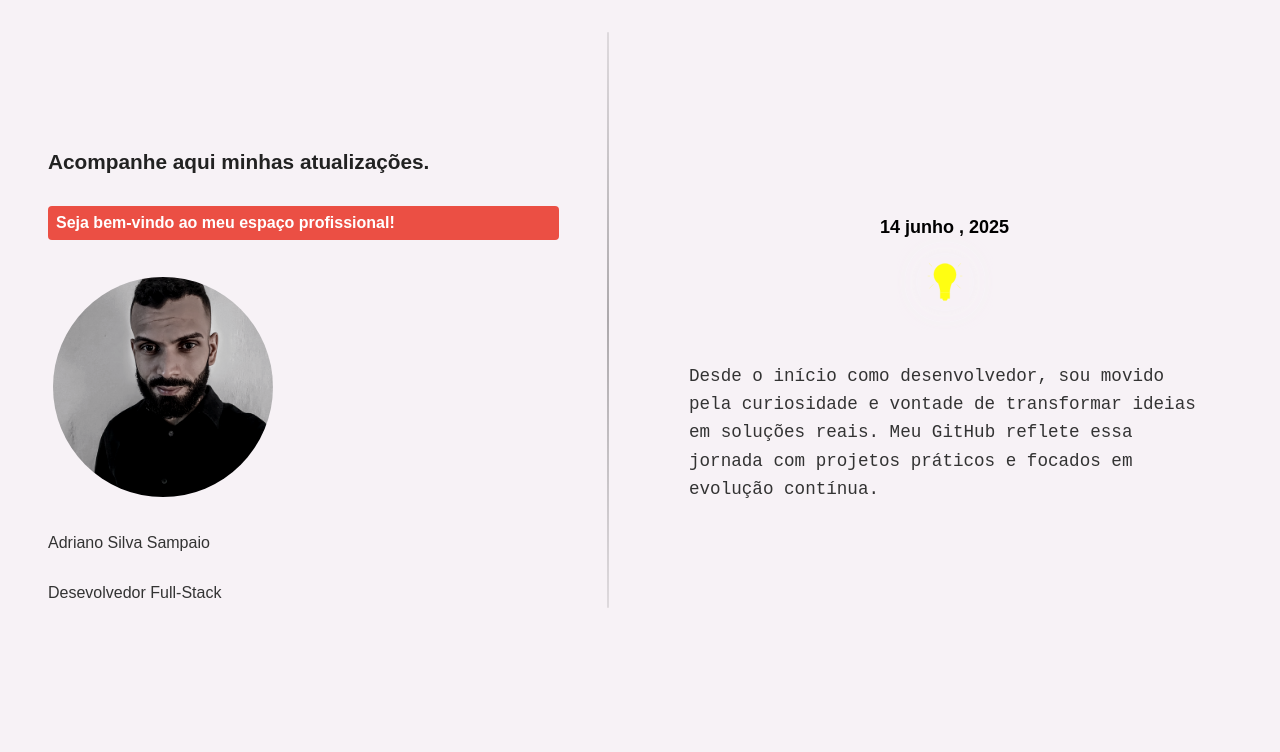
Repository: umdevadriano/portifolio2025
Page: /
An editor plug-in stored every save of this project. The page is shown before and after the next save, followed by the edit.
The browser window is 1280 px wide. The pictures show the whole page.
The project was rebuilt for these pictures with package versions that can differ from the ones it lists, and the page was loaded fresh each time. Also part of the build but not shown: vite.config.ts.

Above is the page before, as saved 2025-06-29 21:20:31.

### index.html
<!doctype html>
<html lang="en">
  <head>
    <meta charset="UTF-8" />
    <!-- <link rel="icon" type="image/svg+xml" href="/vite.svg" /> -->
    <meta name="viewport" content="width=device-width, initial-scale=1.0" />
    <title>Adriano Silva Sampaio </title>
  </head>
  <body>
    <div id="root"></div>
    <script type="module" src="/src/main.tsx"></script>
  </body>
</html>

### src/App.tsx
import './App.css'
import ContainerPrincipal from './componentes/containerPrincipal/ContainerPrincipal'
function App() {
  return (
    <>
      <ContainerPrincipal/>
    </>
  )
}

export default App

### src/componentes/containerPrincipal/ContainerPrincipal.tsx
import styled, { createGlobalStyle } from 'styled-components';
import Body from '../Body/Body';
import Footer from '../Footer/Footer';
import RedesSociais from '../redesSociais/redesSociais';
import github from '../redesSociais/github.png';
import linkedin from '../redesSociais/linkedin.png';
// import ProfessionalStory from '../ProfessionalStory/ProfessionalStory';

const data = new Date();
const ano = data.getFullYear();
function ContainerPrincipal() {

  const redes = [
    { src: github, link: 'https://github.com/adrianodisam' },
    { src: github, link: 'https://github.com/umdevadriano' },
    { src: linkedin, link: 'https://www.linkedin.com/in/adriano-silva-sampaio/' }
  ];
  const GlobalStyle = createGlobalStyle`
    *, *::before, *::after {
    box-sizing: border-box;
    background-color: #f7f2f6;
    margin: 1rem;
  }

    html, body {
      margin: 0;
      padding: 0;
      overflow-x: hidden;
      width: 100%;
    }
  `;

  const Principal = styled.div`
    display: flex;
    justify-content: center;
    width: 100%;
    height: 100vh;
    font-family: 'Arial', sans-serif;
    overflow: hidden;
    margin: 0;
    padding: 0;

    @media (max-width: 768px) {
      display: flex;
      flex-direction: column;
      justify-items: center;
      justify-content: center;
      align-items: center;
    }


  `;
  return (
    <>
      <GlobalStyle />
      <Principal>
        <Body/>
      </Principal>
      {/* <RedesSociais redes={redes}/> */}
      {/* <ProfessionalStory/> */}
      {/* <Footer>Desenvolvimento de Software<br />© {ano} Adriano Silva Sampaio</Footer> */}
    </>
  )
}
export default ContainerPrincipal

### src/componentes/Body/Body.tsx
import Principal from '../Principal/Principal';
import Title from '../Title/Title';
import Banner from '../Banner/Banner';
import ProfileWrapper from '../ProfileWrapper/ProfileWrapper';
import Profile from '../Profile/Profile';
import Role from '../Role/Role';
import Divider from '../Divider/Divider';
import RightSide from '../RightSide/RightSide';
import DateComponente from '../DateComponente/DateComponente';
import EmDesenvolvimento from '../EmDesenvolvimentoWrapper/EmDesenvolvimentoWrapper ';
import LampadaAnimada from '../LampadaAnimada/LampadaAnimada';
const data = new Date();
const dia = String(data.getDate()).padStart(2, '0');
const mes = data.toLocaleString('pt-BR', { month: 'long' });
const ano = data.getFullYear();

function Cabecalho() {
  return (
    <>
      <Principal>
        <Title>Acompanhe aqui minhas atualizações.</Title>
        <Banner>Seja bem-vindo ao meu espaço profissional!</Banner>
        <ProfileWrapper>
          <Profile/>
        </ProfileWrapper>
        <Role> Adriano Silva Sampaio</Role>
        <Role> Desevolvedor  Full-Stack </Role>
      </Principal>
      <Divider />
      <RightSide>
        <DateComponente>{dia}  {mes} , {ano} </DateComponente>
        <LampadaAnimada/>
        <EmDesenvolvimento/>
      </RightSide>
    </>
  )
}
export default Cabecalho

### src/componentes/Principal/Principal.tsx
import styled from 'styled-components';

type Props = {
  children: React.ReactNode;
};

function Principal({ children }: Props){

    const Principal_div = styled.div`
        flex: 1;
        display: flex;
        flex-direction: column;
        justify-content: center;
    `;
    return (
        <>
        <Principal_div>  {children}</Principal_div>
        </>
    )
}

export default Principal

### src/componentes/Title/Title.tsx
import styled from 'styled-components';

type Props = {
  children: React.ReactNode;
};

function Title({ children }: Props){

    const TitleH2 = styled.h2`
        font-size: 1.3rem;
        margin-bottom: 1rem;
        color: #222;

        @media (max-width: 768px) {
          margin-top: 5rem;
        }
  `;
    return (
        <>
        <TitleH2>{children}</TitleH2>
        </>
    )
}

export default Title

### src/componentes/Banner/Banner.tsx
import styled from 'styled-components';

type Props = {
  children: React.ReactNode;
};

function Banner({ children }: Props){

    const BannerDiv = styled.div`
        background-color: #eb4f44;
        color: white;
        padding: 0.5rem;
        font-weight: bold;
        font-size: 16px;
        display: inline-block;
        border-radius: 4px;
    `;
    return (
        <>
        <BannerDiv>{children}</BannerDiv>
        </>
    )
}

export default Banner

### src/componentes/ProfileWrapper/ProfileWrapper.tsx
import styled from 'styled-components';

type Props = {
  children: React.ReactNode;
};

function ProfileWrapper({ children }: Props){

  // Wrapper da imagem com efeito de borda girando
  const ProfileWrapperDiv = styled.div`
    position: relative;
    width: 230px;
    height: 230px;
    display: flex;
    align-items: center;
    margin-top:1rem;
    justify-content: center;
  `;

    return (
        <>
        <ProfileWrapperDiv>{children}</ProfileWrapperDiv>
        </>
    )
}

export default ProfileWrapper

### src/componentes/Profile/Profile.tsx
import styled from 'styled-components';
import foto from '../assets/foto2.png'

function Profile(){

    const ProfileImg = styled.img`
        width: 220px;
        height: 220px;
        border-radius: 50%;
        object-fit: cover;
        background-color: white;
        z-index: 1;
        filter: grayscale(60%) contrast(110%);
        @media (max-width: 768px) {
            width: 200px;
            height: 200px;
        }
        @media (max-width: 480px) {
            width: 200px;
            height: 200px;
        }
    `;
    return (
        <>
        <ProfileImg src={foto} alt="Foto de perfil"></ProfileImg>
        </>
    )
}

export default Profile

### src/componentes/Role/Role.tsx
import styled from 'styled-components';

type Props = {
  children: React.ReactNode;
};

function Role({ children }: Props){
    const RoleP = styled.p`
        font-size: 16px;
        font-weight: 500;
        color: #333;
    `;
    return (
        <>
        <RoleP>{children}</RoleP>
        </>
    )
}
export default Role

### src/componentes/Divider/Divider.tsx
import styled from 'styled-components';

function Divider(){

    const DividerDiv = styled.div`
        width: 2px;
        height: 80%;
        background: linear-gradient(
            to bottom,
            rgba(0, 0, 0, 0.1),
            rgba(0, 0, 0, 0.3),
            rgba(0, 0, 0, 0.1)
        );
        border-radius: 1px;
        position: relative;
        overflow: hidden;
        &::after {
            content: "";
            position: absolute;
            top: 0;
            left: 0;
            width: 100%;
            height: 100%;
            background: linear-gradient(
                to bottom,
                transparent 40%,
                rgba(255, 255, 255, 0.7) 50%,
                transparent 60%
            );
                animation: shine 3.8s linear infinite;
                pointer-events: none;
         }

        @keyframes shine {
            0% {
            transform: translateY(-100%);
            }
            100% {
            transform: translateY(100%);
            }
        }
    `;
    return (
        <>
        <DividerDiv></DividerDiv>
        </>
    )
}

export default Divider

### src/componentes/RightSide/RightSide.tsx
import styled from 'styled-components';
type Props = {
  children: React.ReactNode;
};

function RightSide({ children }: Props){
    const RightSideDiv = styled.div`
        flex: 1;
        padding: 2rem;
        display: flex;
        flex-direction: column;
        justify-content: center;
        align-items: center;
    `;

    return (
        <>
        <RightSideDiv>{children}</RightSideDiv>
        </>
    )
}

export default RightSide

### src/componentes/DateComponente/DateComponente.tsx
import styled from 'styled-components';
type Props = {
  children: React.ReactNode;
};
function Date({ children }: Props){
    const DateP = styled.p`
        font-size: 18px;
        font-weight: bold;
        margin-bottom: 12px;
        padding: 0.5rem;
    `;
    return (
        <>
        <DateP>{children}</DateP>
        </>
    )
}
export default Date

### src/componentes/EmDesenvolvimentoWrapper/EmDesenvolvimentoWrapper .tsx
import { useEffect, useState } from 'react';
import styled, { keyframes } from 'styled-components';

const slideIn = keyframes`
  from {
    opacity: 0;
    transform: translateX(100%);
  }
  to {
    opacity: 1;
    transform: translateX(0);
  }
`;

const Container = styled.div`
  width: 100%;
  max-width: 800px;
  margin: 40px auto;
  padding: 16px;
  box-sizing: border-box;

  font-family: 'Courier New', Courier, monospace;
  font-size: 1.1rem;
  color: #333;
  line-height: 1.6;

  white-space: normal;
  overflow-wrap: break-word;
  word-break: break-word;

  animation: ${slideIn} 0.8s ease-out forwards;

  @media (max-width: 600px) {
    font-size: 1rem;
    padding: 12px;
  }
`;

const texto = `Desde o início como desenvolvedor, sou movido pela curiosidade e vontade de transformar ideias em soluções reais.`;
const texto2 = ` Meu GitHub reflete essa jornada com projetos práticos e focados em evolução contínua.`;

export default function EmDesenvolvimento() {
  const [mostrar, setMostrar] = useState(false);

  useEffect(() => {
    const timer = setTimeout(() => {
      setMostrar(true);
    }, 100); // atraso sutil

    return () => clearTimeout(timer);
  }, []);

  return mostrar ? <Container>{texto} {texto2}</Container>  : null;
}

### src/componentes/LampadaAnimada/LampadaAnimada.tsx
import React from "react";
import styled, { keyframes } from "styled-components";

interface LuzProps {
  className?: string;
}

const glowAnimation = keyframes`
  0%, 100% {
    filter: url(#glow);
    opacity: 0.5;
  }
  50% {
    filter: url(#glow);
    opacity: 1;
  }
`;

const SvgLamp = styled.svg`
  width: 3rem;
  height: 3rem;
  cursor: pointer;
  display: block;
  margin: 0 auto;
  animation: ${glowAnimation} 4s ease-in-out infinite;
  background-color: #f7f2f6;

  .st0 {
   fill:#ffff00;
     stroke-width: 10;
  }
  .st1 {
     stroke: #ffff00;
    stroke-width: 10;
    fill: none;
    transition: stroke 0.3s ease;
  }
`;

const LampadaAnimada: React.FC<LuzProps> = ({ className }) => {
  return (
    <SvgLamp
      xmlns="http://www.w3.org/2000/svg"
      viewBox="0 0 1920 1920"
      className={className}
    >
      <defs>
        <filter id="glow" height="200%" width="200%" x="-50%" y="-50%">
          <feDropShadow
            dx="0"
            dy="0"
            stdDeviation="20"
            floodColor="#f7f2f6"
            floodOpacity="0.7"
          />
        </filter>
      </defs>

      <path
        className="st0"
        d="M1407.3 664.2c0 73.7-17.8 143.3-49.4 204.6-31.6 61.3-76.9 114.4-131.9 155.1 0 0-78 193.7-78 344.1H772.1c0-75.2-19.5-161.2-39-228.4-19.5-67.2-39-115.6-39-115.6-110-81.5-181.4-212.3-181.4-359.7C512.7 417.3 713 217 960 217s447.3 200.2 447.3 447.2z"
      />
      <path
        className="st0"
        d="M1057.3 1615.8v23.7c0 35-28.6 63.6-63.6 63.6h-67.5c-35 0-63.6-28.6-63.6-63.6v-23.7h194.7zm-285.2-82.6v82.6h375.4v-82.6H772.1zm0-82.6v82.6h375.3v-82.6H772.1zM960 1368H772.1v82.6h375.3V1368H960z"
      />
      <g>
        <g>
          <path
            className="st1"
            d="M1147.5 1368h.4c0-150.3 78-344.1 78-344.1 55-40.7 100.4-93.8 131.9-155.1 31.6-61.3 49.4-130.9 49.4-204.6 0-247-200.3-447.3-447.3-447.3S512.7 417.2 512.7 664.2c0 147.4 71.3 278.2 181.4 359.7 0 0 19.5 48.4 39 115.6 19.5 67.2 39 153.2 39 228.4h375.4z"
          />
          <path className="st1" d="M772.1 1368v247.8h375.4V1368" />
          <path className="st1" d="M772.1 1450.6h375.4" />
          <path className="st1" d="M772.1 1533.2h375.4" />
          <path
            className="st1"
            d="M862.7 1615.8v23.7c0 35 28.6 63.6 63.6 63.6h67.5c35 0 63.6-28.6 63.6-63.6v-23.7"
          />
          <path className="st1" d="M267.3 722.8h96" />
          <path className="st1" d="M498.3 1052.8l-160.5 160.5" />
          <path className="st1" d="M448.8 341.8L315.3 208.2" />
          <path className="st1" d="M1652.7 722.8h-96" />
          <path className="st1" d="M1421.7 1052.8l160.5 160.5" />
          <path className="st1" d="M1471.2 341.8l133.5-133.6" />
        </g>
      </g>
    </SvgLamp>
  );
};

export default LampadaAnimada;

### src/componentes/Footer/Footer.tsx
import styled from 'styled-components';

type Props = {
  children: React.ReactNode;
};

function Footer({ children }: Props){

    const FooterP = styled.p`
        font-size: 1rem;
        color: #999;
        /* margin-top: auto; */
    `;
    const FooterDiv = styled.div`
       display: flex;
       justify-content: left;
       align-items: center;
    `;
    return (
        <>
            <FooterDiv>
                <FooterP>{children}</FooterP>
            </FooterDiv>
        </>
    )
}

export default Footer

### src/componentes/redesSociais/redesSociais.tsx
import styled from 'styled-components';

type RedeSocial = {
  src: string;
  link: string;
};

type Props = {
  redes: RedeSocial[];
};

const RedesSociaisDiv = styled.div`
  flex: 1;
  display: flex;
  justify-content: center;
  align-items: center;

  img {
    width: 2rem;
    height: 2rem;
    object-fit: contain;
    transition: transform 0.2s;
  }

  a:hover img {
    transform: scale(1.1);
  }
`;

function RedesSociais({ redes }: Props) {
  return (
    <RedesSociaisDiv>
      {redes.map((rede, index) => (
        <a
          key={index}
          href={rede.link}
          target="_blank"
          rel="noopener noreferrer"
        >
          <img src={rede.src} alt={`Ícone ${index + 1}`} />
        </a>
      ))}
    </RedesSociaisDiv>
  );
}

export default RedesSociais;

Loaded but not shown: src/main.tsx (common file); src/App.css (no stored copy; drawn as an empty file); src/index.css (no stored copy; drawn as an empty file)

After the next save:
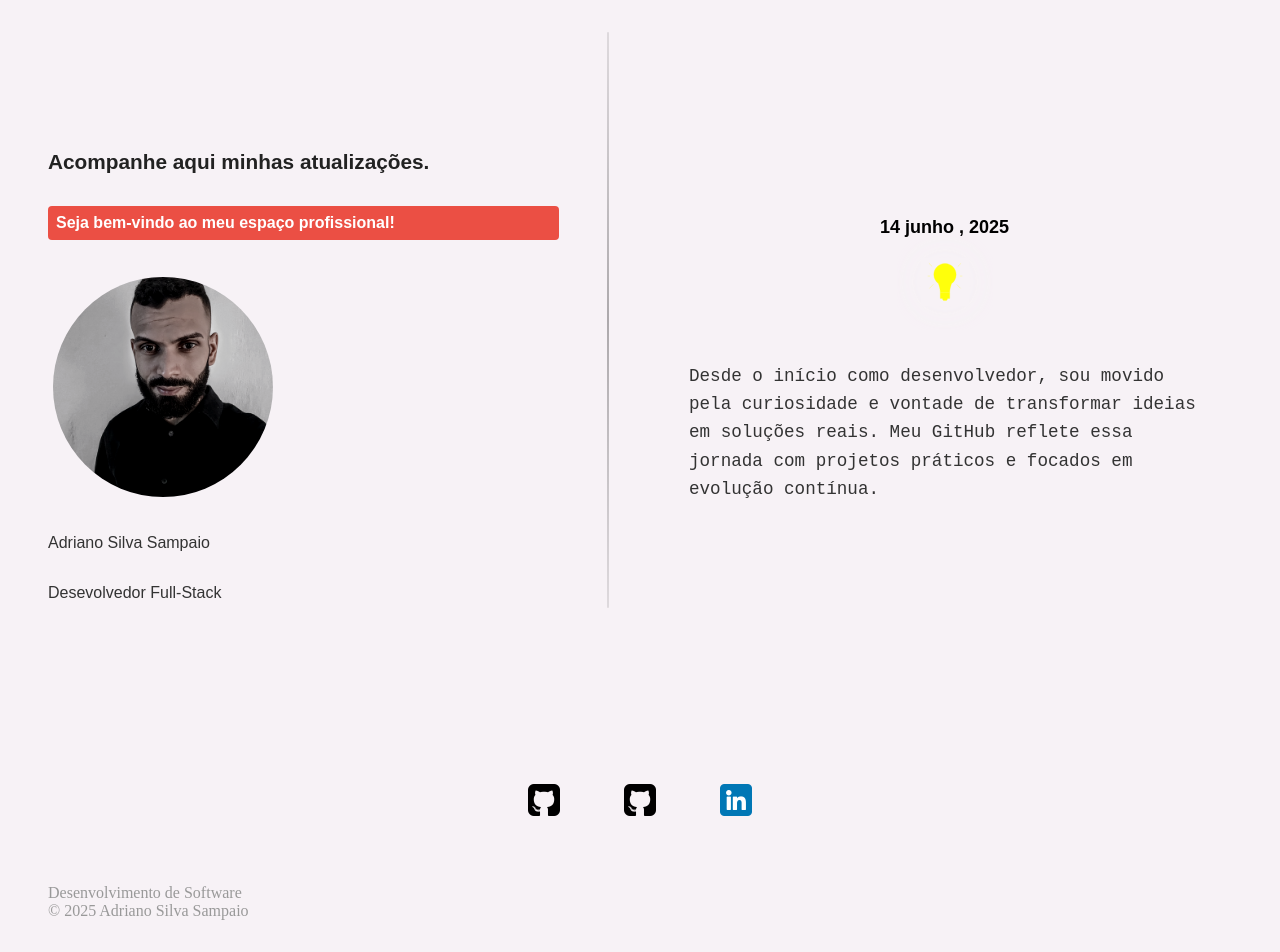
Saved 71 s later.
--- a/src/componentes/containerPrincipal/ContainerPrincipal.tsx
+++ b/src/componentes/containerPrincipal/ContainerPrincipal.tsx
@@ -56,9 +56,9 @@ function ContainerPrincipal() {
       <Principal>
         <Body/>
       </Principal>
-      {/* <RedesSociais redes={redes}/> */}
+      <RedesSociais redes={redes}/>
       {/* <ProfessionalStory/> */}
-      {/* <Footer>Desenvolvimento de Software<br />© {ano} Adriano Silva Sampaio</Footer> */}
+      <Footer>Desenvolvimento de Software<br />© {ano} Adriano Silva Sampaio</Footer>
     </>
   )
 }
